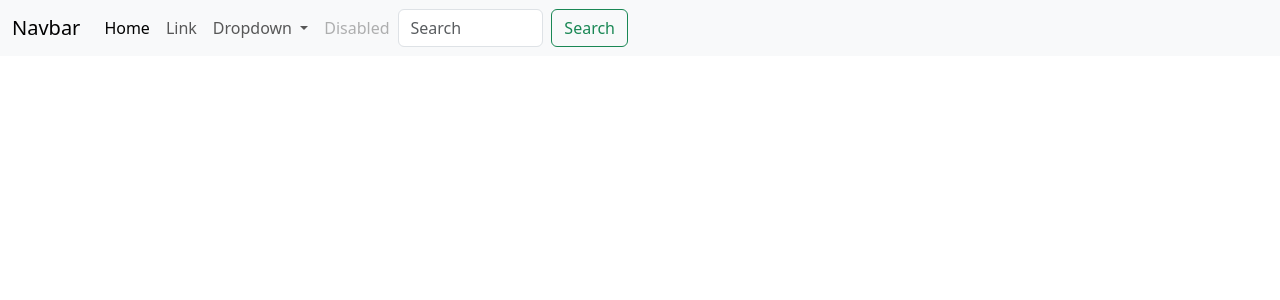
Repository: Riyakashiwala/practical
Page: riya 6th sem/book website.html
The author's editor kept a copy of each file at every save. The page is drawn from the files as they stood at one save, then again after the next save.
The browser window is 1280 px wide. The pictures show the whole page.

Above is the page before, as saved 2024-12-11 06:33:48.

### riya 6th sem/book website.html
<!DOCTYPE html>
<html lang="en">
<head>
    <meta charset="UTF-8">
    <meta name="viewport" content="width=device-width, initial-scale=1.0">
    <title>Book Website</title>
    <link href="https://cdn.jsdelivr.net/npm/bootstrap@5.3.3/dist/css/bootstrap.min.css" rel="stylesheet" integrity="sha384-QWTKZyjpPEjISv5WaRU9OFeRpok6YctnYmDr5pNlyT2bRjXh0JMhjY6hW+ALEwIH" crossorigin="anonymous">


</head>
<body>
    <nav class="navbar navbar-expand-lg bg-body-tertiary">
        <div class="container-fluid">
            <a class="navbar-brand" href="#">Navbar</a>
            <button class="navbar-toggler" type="button" data-bs-toggle="collapse" data-bs-target="#navbarSupportedContent" aria-controls="navbarSupportedContent" aria-expanded="false" aria-label="Toggle navigation">
            <span class="navbar-toggler-icon"></span>
            </button>
            <div class="collapse navbar-collapse" id="navbarSupportedContent">
            <ul class="navbar-nav me-auto mb-2 mb-lg-0">
                <li class="nav-item">
                <a class="nav-link active" aria-current="page" href="#">Home</a>
                </li>
                <li class="nav-item">
                <a class="nav-link" href="#">Link</a>
                </li>
                <li class="nav-item dropdown">
                <a class="nav-link dropdown-toggle" href="#" role="button" data-bs-toggle="dropdown" aria-expanded="false">
                Dropdown
                </a>
                <ul class="dropdown-menu">
                <li><a class="dropdown-item" href="#">Action</a></li>
                <li><a class="dropdown-item" href="#">Another action</a></li>
                <li><hr class="dropdown-divider"></li>
                <li><a class="dropdown-item" href="#">Something else here</a></li>
                </ul>
                </li>
            <li class="nav-item">
                <a class="nav-link disabled" aria-disabled="true">Disabled</a>
            </li>
            </ul>
            <form class="d-flex" role="search">
            <input class="form-control me-2" type="search" placeholder="Search" aria-label="Search">
            <button class="btn btn-outline-success" type="submit">Search</button>
            </form>
        </div>
        </div>
        <div class="container-fluid bg-primary">
        <div class="container">
            <section id="intro">
                <div class="row justify-content-start">
                    <div class="col-6">

                    </div>
                </div>
            </section>
        </div>
        </div>
    </nav>
    <script src="https://cdn.jsdelivr.net/npm/bootstrap@5.3.3/dist/js/bootstrap.bundle.min.js" integrity="sha384-YvpcrYf0tY3lHB60NNkmXc5s9fDVZLESaAA55NDzOxhy9GkcIdslK1eN7N6jIeHz" crossorigin="anonymous"></script>
</body>
</html>

After the next save:
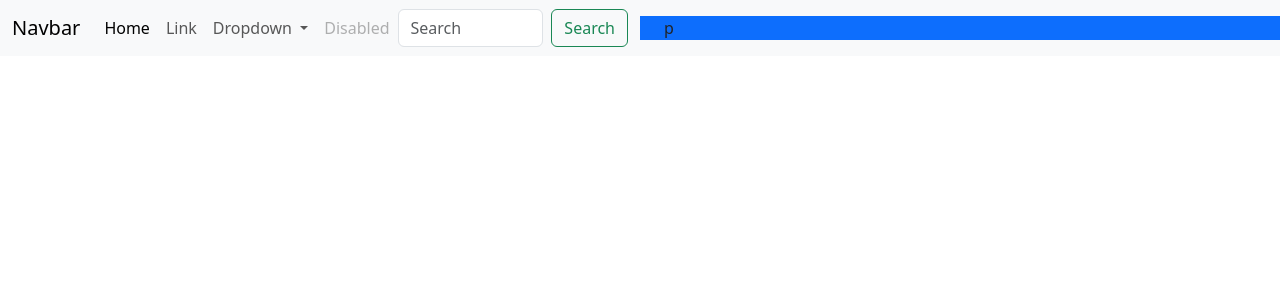
Saved 9 s later.
--- a/riya 6th sem/book website.html
+++ b/riya 6th sem/book website.html
@@ -49,7 +49,7 @@
             <section id="intro">
                 <div class="row justify-content-start">
                     <div class="col-6">
-
+                        p
                     </div>
                 </div>
             </section>
